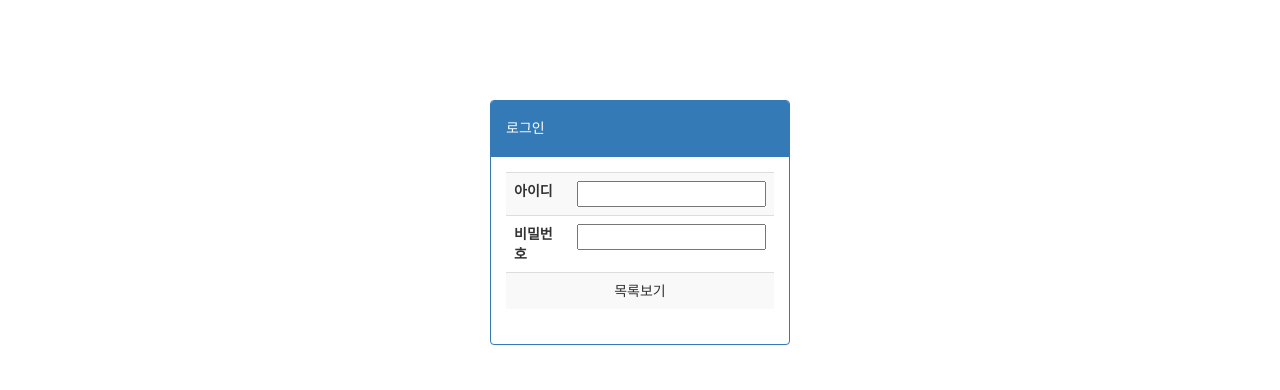
Repository: simDev1234/WebStudy
Page: http://localhost/2022_0607_PhotoGallery/member/login_form.do
These files come from the project's save history. The page is drawn as it stood at one moment and after the next save; the edit follows.
The browser window is 1280 px wide. The pictures show the whole page.
The page is served by Tomcat 9.

Above is the page before, as saved 2022-06-07 08:17:28.

After the next save:
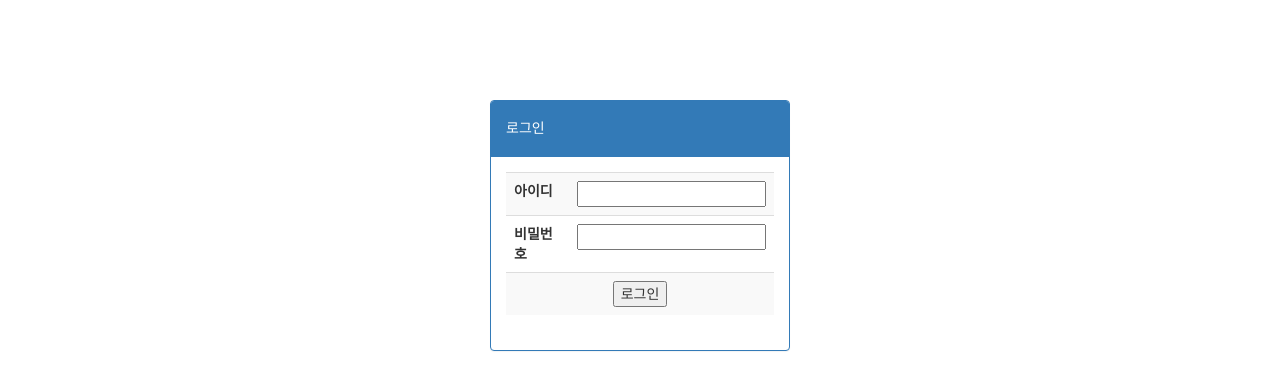
Saved 15 s later.
--- a/_01_상반기_WebStudy/2022_0607_PhotoGallery/src/main/webapp/member/member_login_form.jsp
+++ b/_01_상반기_WebStudy/2022_0607_PhotoGallery/src/main/webapp/member/member_login_form.jsp
@@ -33,7 +33,10 @@
 		             <td><input type = "password" name = "m_pwd"></td>
 		           </tr>
 		           <tr>
-		             <td colspan = "2" align = "center">목록보기</td>
+		             <td colspan = "2" align = "center">
+		                <input type = "button" value = "로그인">
+
+		             </td>
 		           </tr>
 		       </table>
 		    </div>
